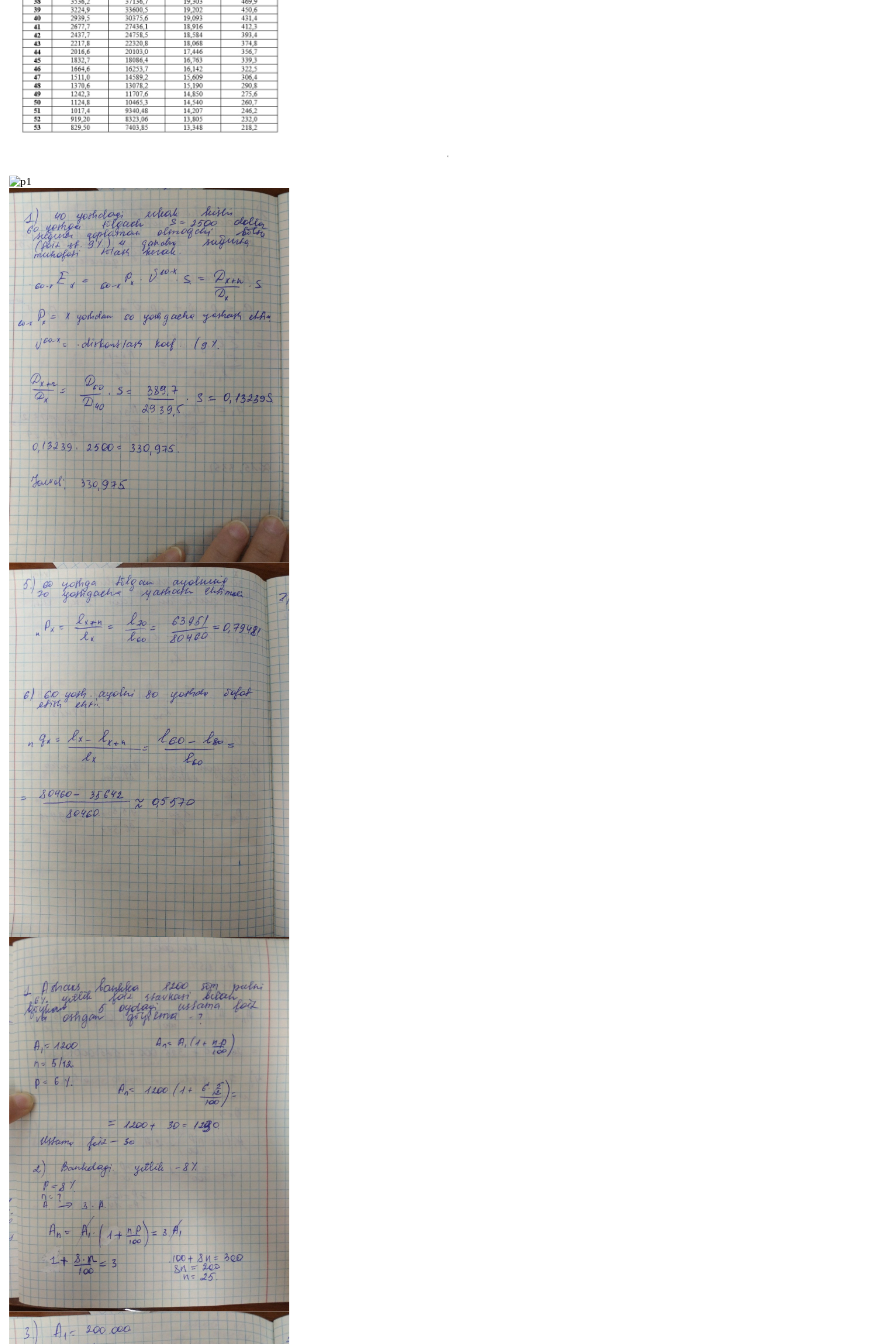
Repository: Ikromkhurozov/exam-inst
Page: index.html
These files come from the project's save history. The page is drawn as it stood at one moment and after the next save; the edit follows.
The browser window is 1280 px wide. The pictures show the part of the page from y = 1492 to 3412 px (the page is 8728 px tall before and 9208 px after), at 70% of full size.

Above is the page before, as saved 2023-05-26 10:41:05.

After the next save:
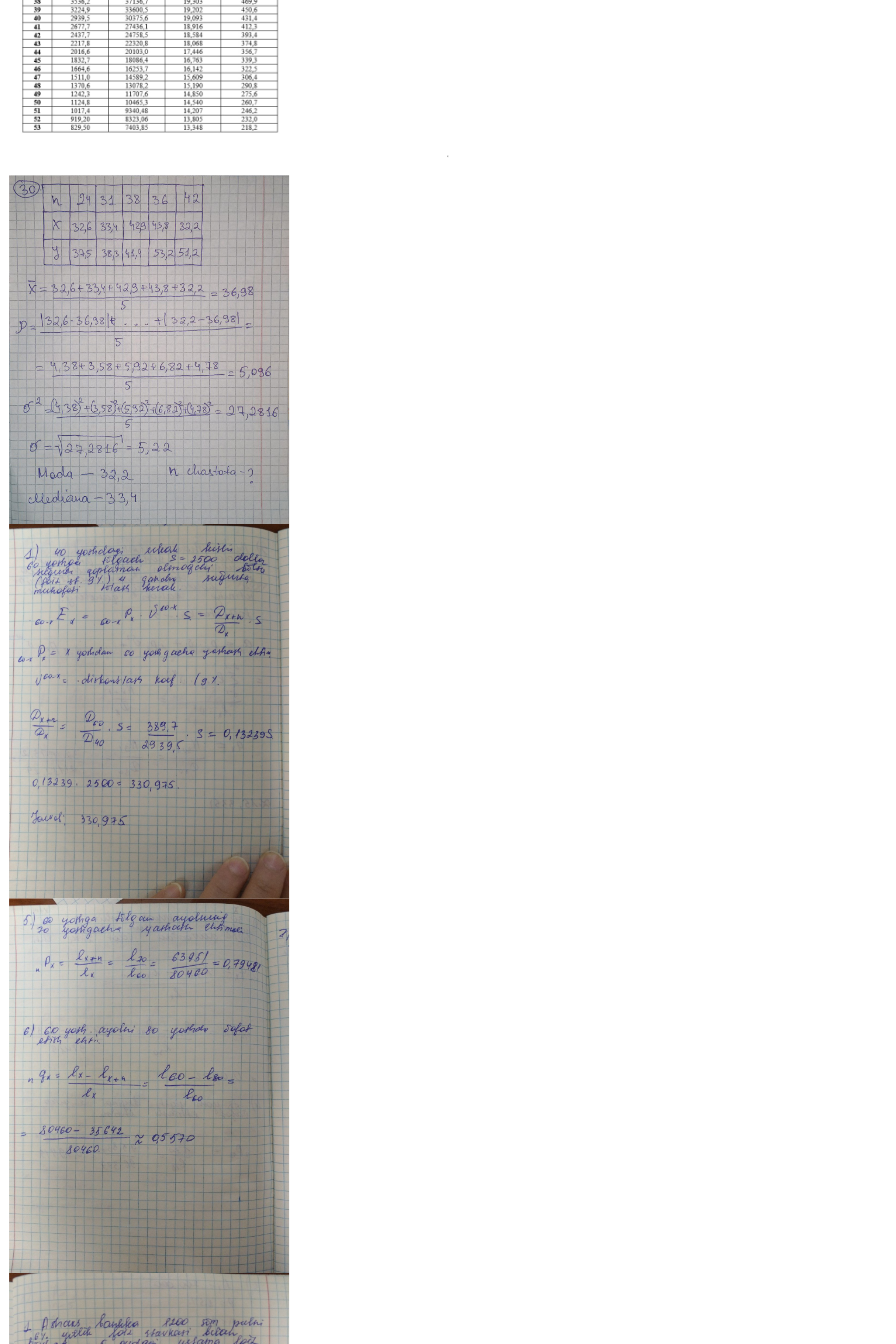
Saved 8 s later.
--- a/index.html
+++ b/index.html
@@ -31,7 +31,7 @@
   <hr>
   <br>
 
-  <img src="/" alt="p1">
+  <img src="/photo_2023-05-26_10-40-16.jpg" alt="p1">
 
   <img src="/1.jpg" alt="p1">
   <img src="/2.jpg" alt="p4">
